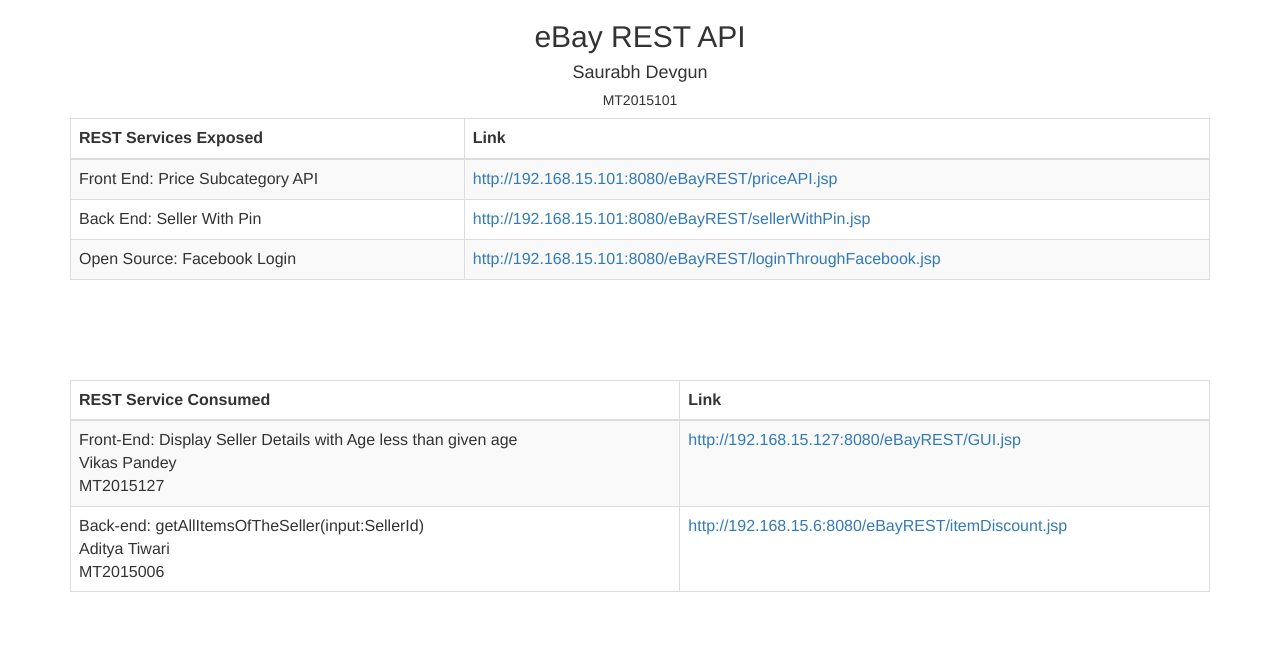
Repository: saurabh-devgun-iiitb/RESTProject
Page: http://localhost/eBayREST/
These files come from the project's save history. The page is drawn as it stood at one moment and after the next save; the edit follows.
The browser window is 1280 px wide. The pictures show the whole page.
The page is served by Tomcat 9.

Above is the page before, as saved 2016-07-23 06:02:25.

After the next save:
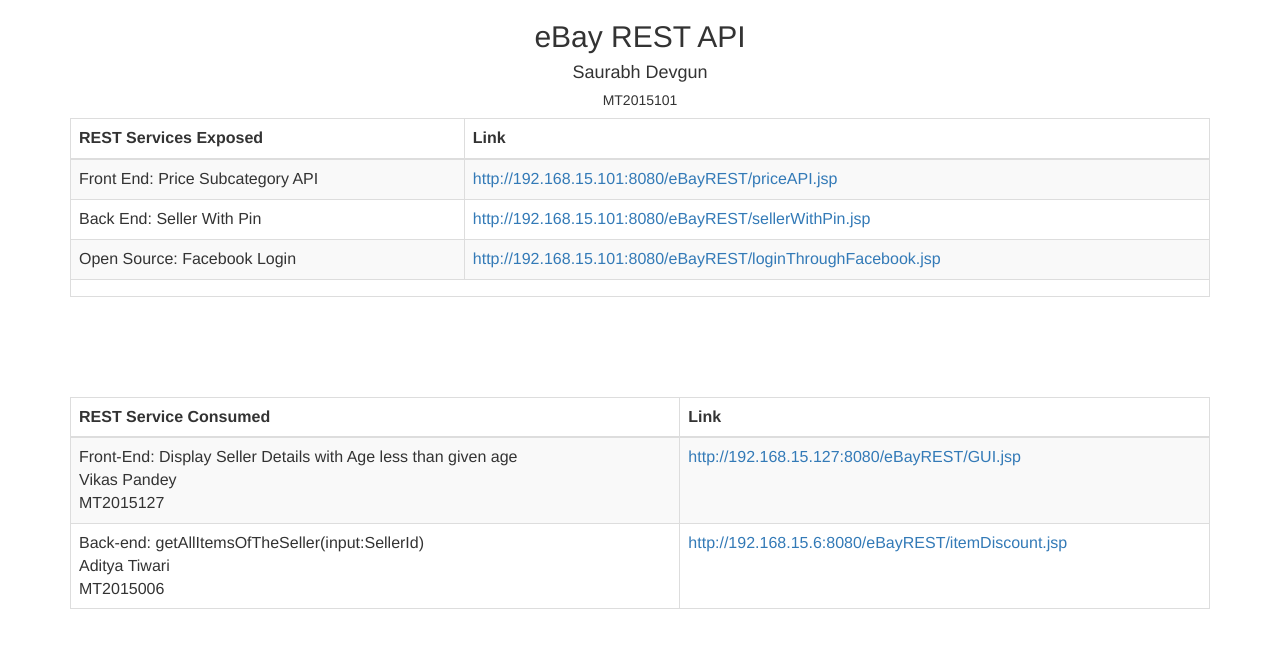
Saved 11 min 30 s later.
--- a/eBayREST/WebContent/index.jsp
+++ b/eBayREST/WebContent/index.jsp
@@ -32,6 +32,9 @@
           <td>Open Source: Facebook Login</td>
           <td><a href="loginThroughFacebook.jsp">http://192.168.15.101:8080/eBayREST/loginThroughFacebook.jsp</a></td>
         </tr>
+        <tr>
+        	<td colspan="2" style=></td>
+        </tr>
       </tbody>
     </table>
     </div>
